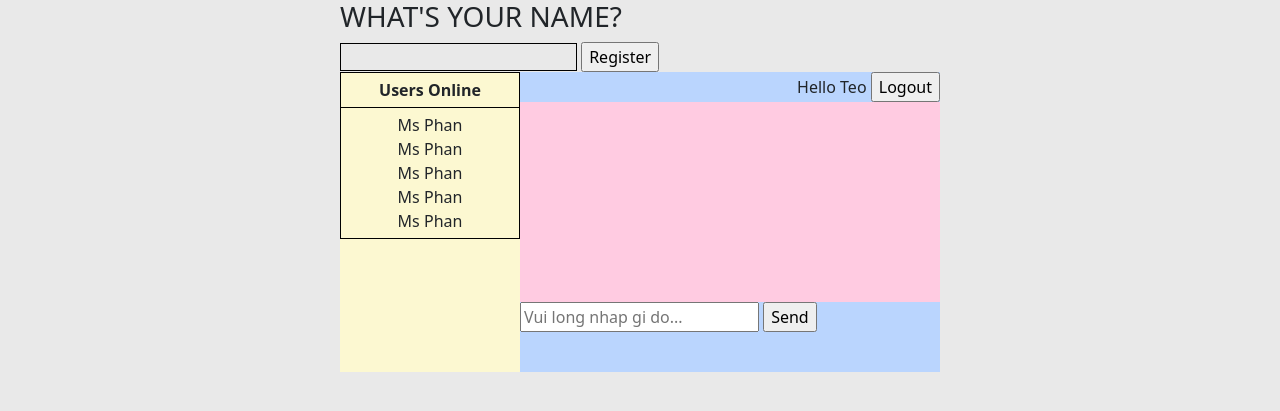
Repository: haimy125/demo_chat
Page: http://localhost/
These files come from the project's save history. The page is drawn as it stood at one moment and after the next save; the edit follows.
The browser window is 1280 px wide. The pictures show the whole page.
The page is served by the project's Node server (DEMO_CHAT_SOCKETIO/SERVER.js).

Above is the page before, as saved 2021-08-29 15:47:04.

After the next save:
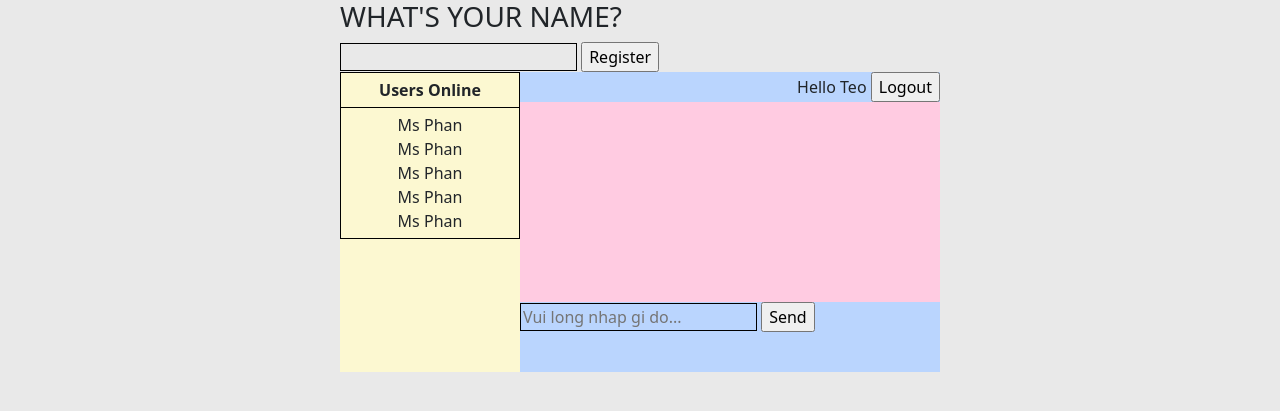
Saved 47 s later.
--- a/DEMO_CHAT_SOCKETIO/public/layout.css
+++ b/DEMO_CHAT_SOCKETIO/public/layout.css
@@ -52,3 +52,8 @@ body {
     height: 200px;
     background-color: #ffcbe1;
 }
+
+#txtMessage {
+    background-color: transparent;
+    border: solid 1px black;
+}
